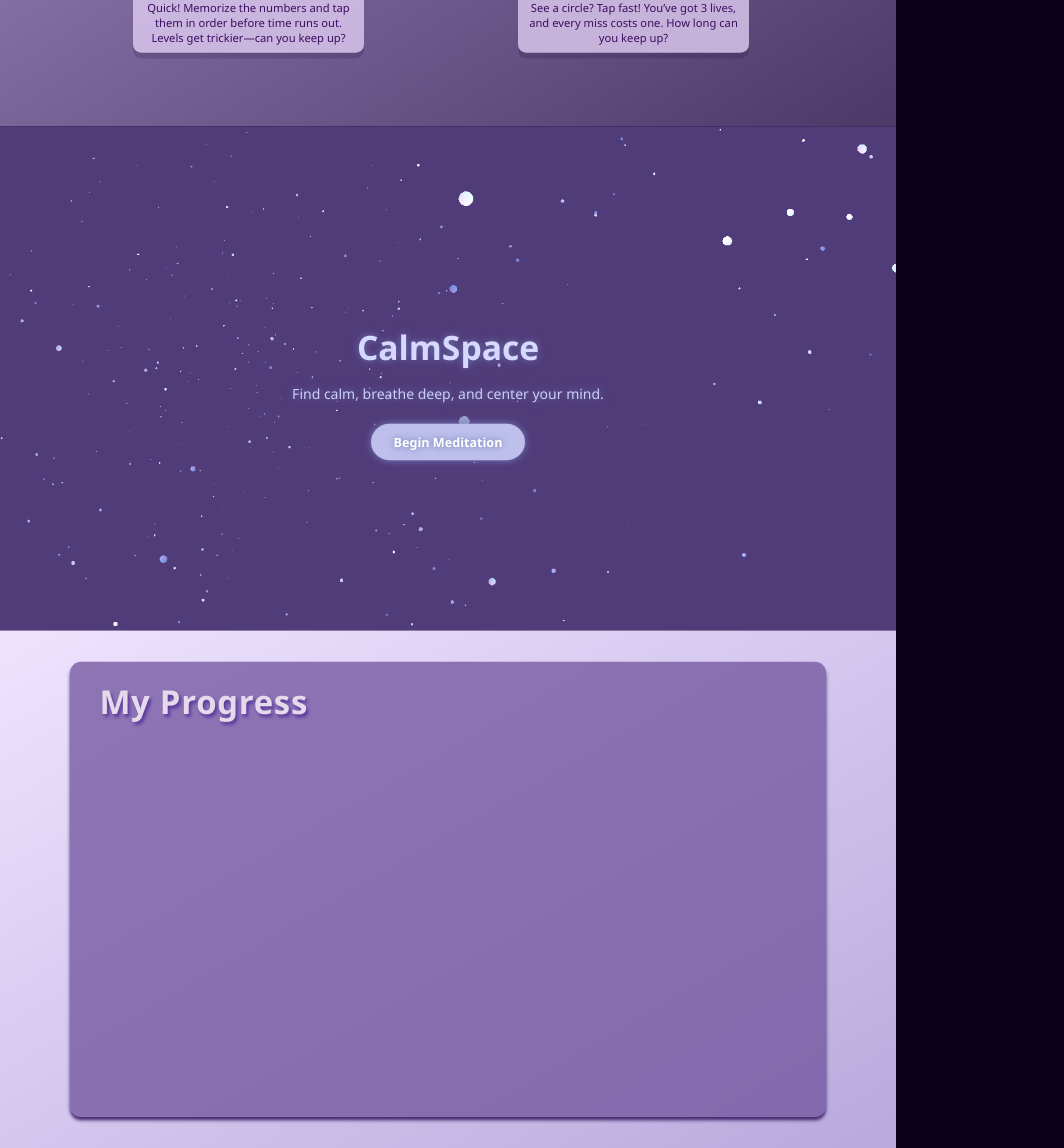
Repository: rujularaut/CogniCare
Page: /
An editor plug-in stored every save of this project. The page is shown before and after a run of saves, followed by the edit.
The browser window is 1280 px wide. The page is 1520 px wide, so the pictures cover 1520 px, including what lies to the right of the window. The pictures show the part of the page from y = 1369 to 3009 px (the page is 3009 px tall), at 70% of full size.
The project was rebuilt for these pictures with package versions that can differ from the ones it lists, and the page was loaded fresh each time. Also part of the build but not shown: src/components/RecallGame.js, src/components/ReactionGame.js, src/components/MeditationRoom.css, src/components/Signup.css, src/components/Signup.js, src/components/Login.css, src/components/Login.js, src/components/Stepper.css and 5 more.

Above is the page before, as saved 2025-06-28 21:37:21.

After the next 3 saves:
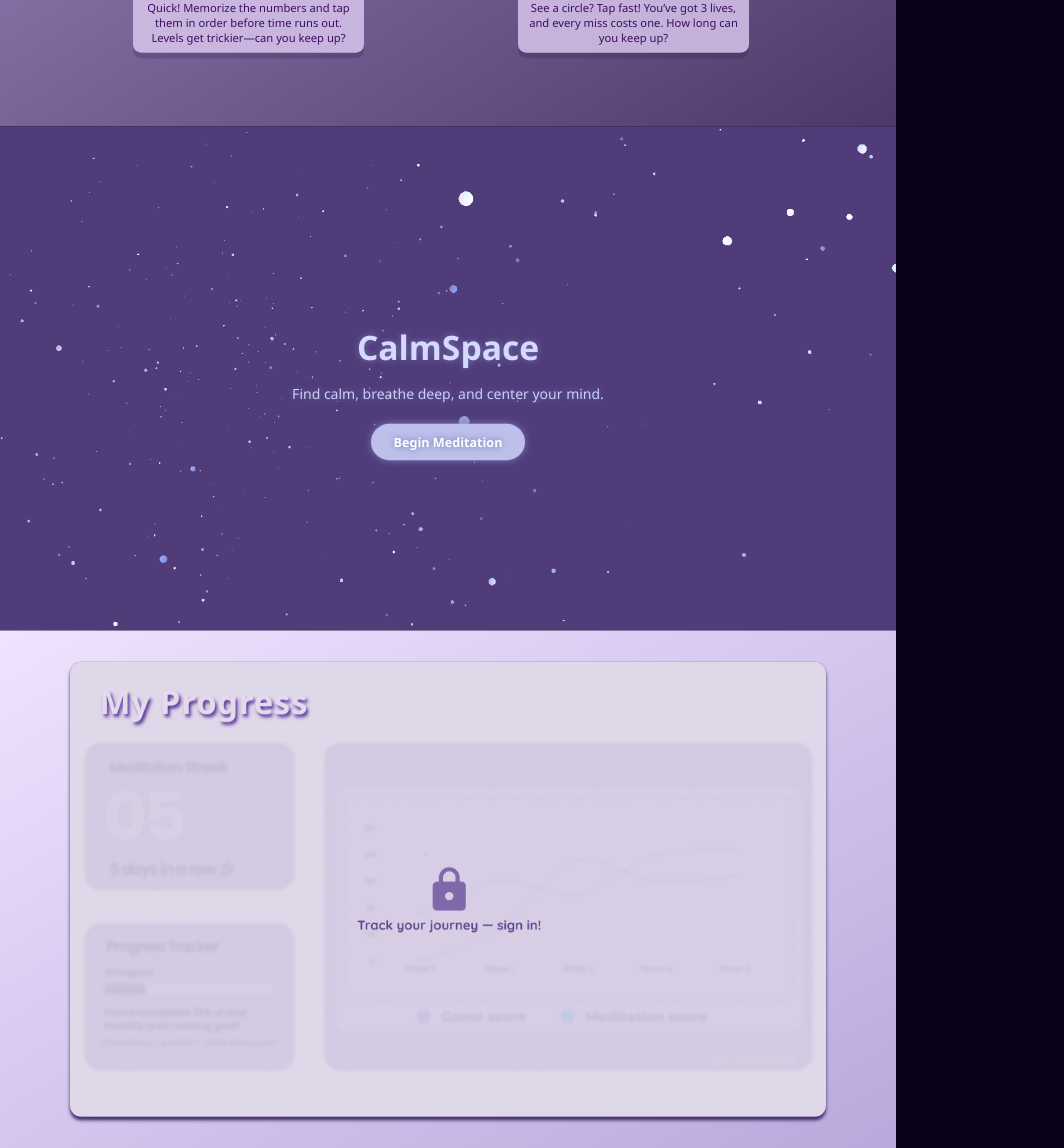
The 3 saves are shown as one change because 2 did not build or start.
The last was saved 6 min 9 s later.
--- a/src/components/Progress.js
+++ b/src/components/Progress.js
@@ -1,21 +1,25 @@
 import React from 'react';
 import './Progress.css';
+import progress from '../assets/progress.png';
+
 
 const Progress = () => {
   return (
     <section className="progress-section" id="myprogress">
 
       <div className="progress-box">
+  <img src={progress} alt="Progress Background" className="progress-image" />
+
   <div className="progress-header">
     <h2>My Progress</h2>
   </div>
+
   <div className="progress-content">
     <div className="left-panel">
-      <div className="small-box"></div>
-      <div className="small-box"></div>
+      {/* other content */}
     </div>
     <div className="main-area">
-      {/* ... */}
+      {/* other content */}
     </div>
   </div>
 </div>
--- a/src/components/Progress.css
+++ b/src/components/Progress.css
@@ -9,8 +9,6 @@
   align-items: center;
   justify-content: flex-start; /* Change to flex-start so it stacks from top */
 }
-
-
 
 .progress-box {
   position: relative;
@@ -43,3 +41,20 @@
   font-weight: 700;
   letter-spacing: 1px;
 }
+
+.progress-image {
+  position: absolute;
+  top: 0;
+  left: 0;
+  width: 100%;
+  height: 100%;
+  object-fit: cover; /* Or 'contain' depending on effect you want */
+  z-index: 0;
+  border-radius: 16px; /* Match .progress-box */
+}
+
+/* Ensure other content appears above the image */
+.progress-box > *:not(.progress-image) {
+  position: relative;
+  z-index: 1;
+}
